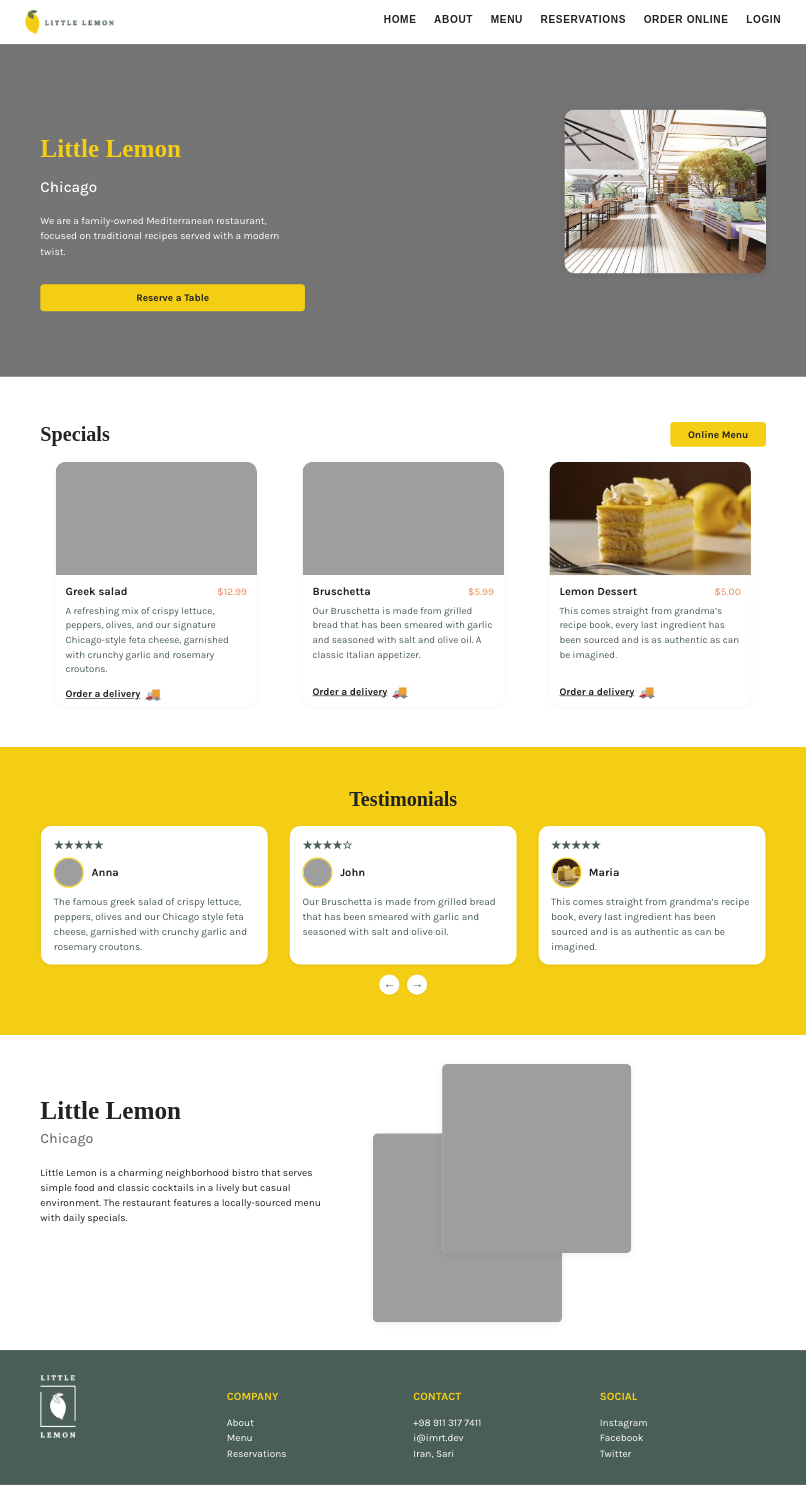
Repository: mrtseven/capstone-little-lemon-mrt
Page: /
An editor plug-in stored every save of this project. The page is shown before and after the next save, followed by the edit.
The browser window is 1280 px wide. The pictures show the whole page, at 63% of full size.
Pictures or frames that could not be fetched are drawn as grey boxes. Some web fonts or font styles are not loaded; a fallback is used. The project was rebuilt for these pictures with package versions that can differ from the ones it lists, and the page was loaded fresh each time. Also part of the build but not shown: src/pages/About.jsx, src/pages/Menu.jsx, src/components/ReservationForm.jsx, src/bookingsAPI.js, src/components/ConfirmedReservation.jsx, src/pages/Reservations.jsx, src/pages/Order.jsx, src/pages/Login.jsx.

Above is the page before, as saved 2025-07-28 20:58:05.

After the next save:
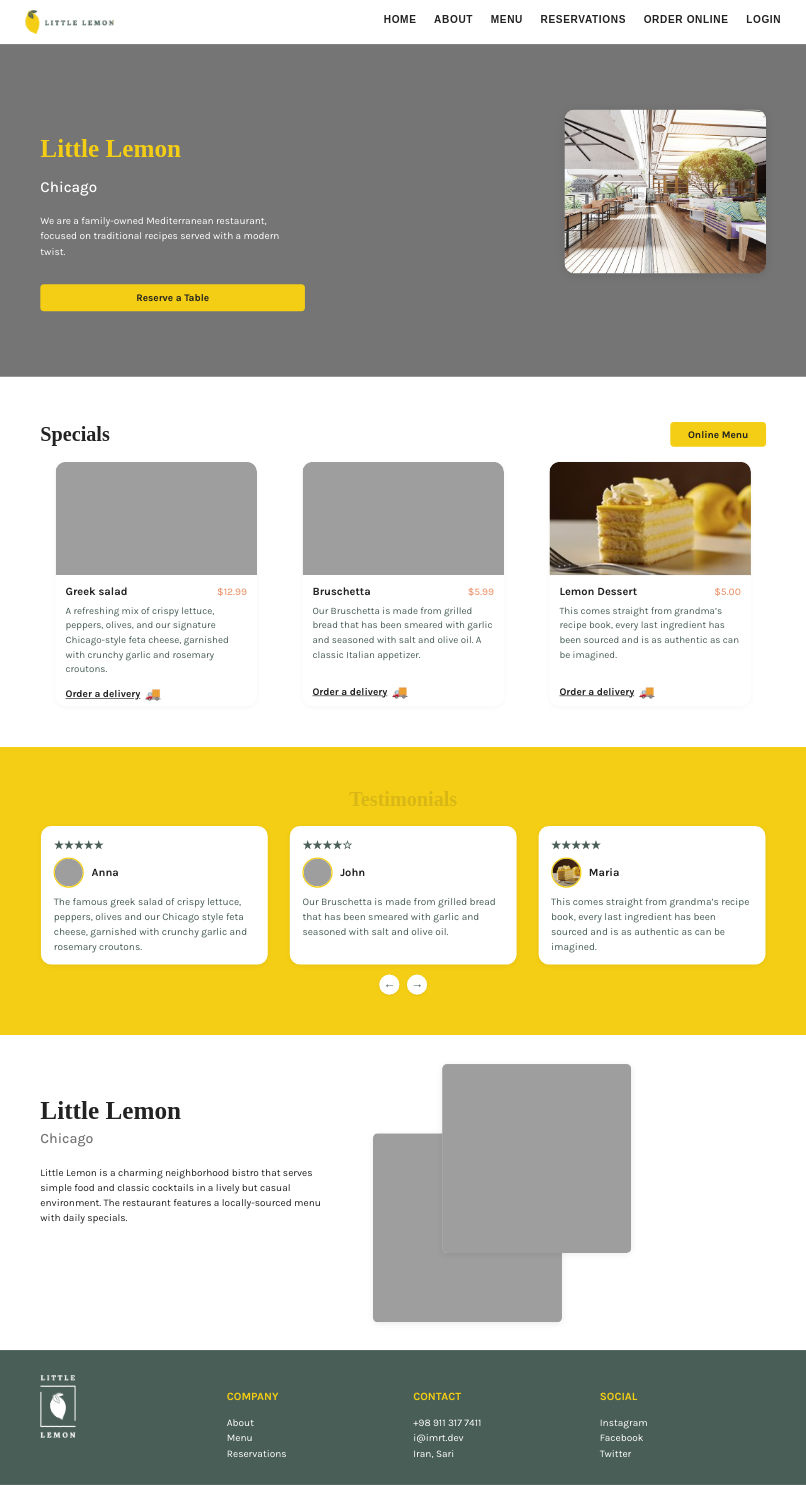
Saved 5 s later.
--- a/src/sections/Main.jsx
+++ b/src/sections/Main.jsx
@@ -99,7 +99,7 @@ export default function Main() {
       </section>
       <section className="testimonials-section">
         <div className="container">
-          <h2 className="specials-title" style={{color:'#222'}}>Testimonials</h2>
+          <h2 className="specials-title" style={{color:'#2222'}}>Testimonials</h2>
           <div className="testimonials-carousel">
             {visibleTestimonials.map((t, idx) => (
               <Testimonial key={t.name + idx} {...t} />
